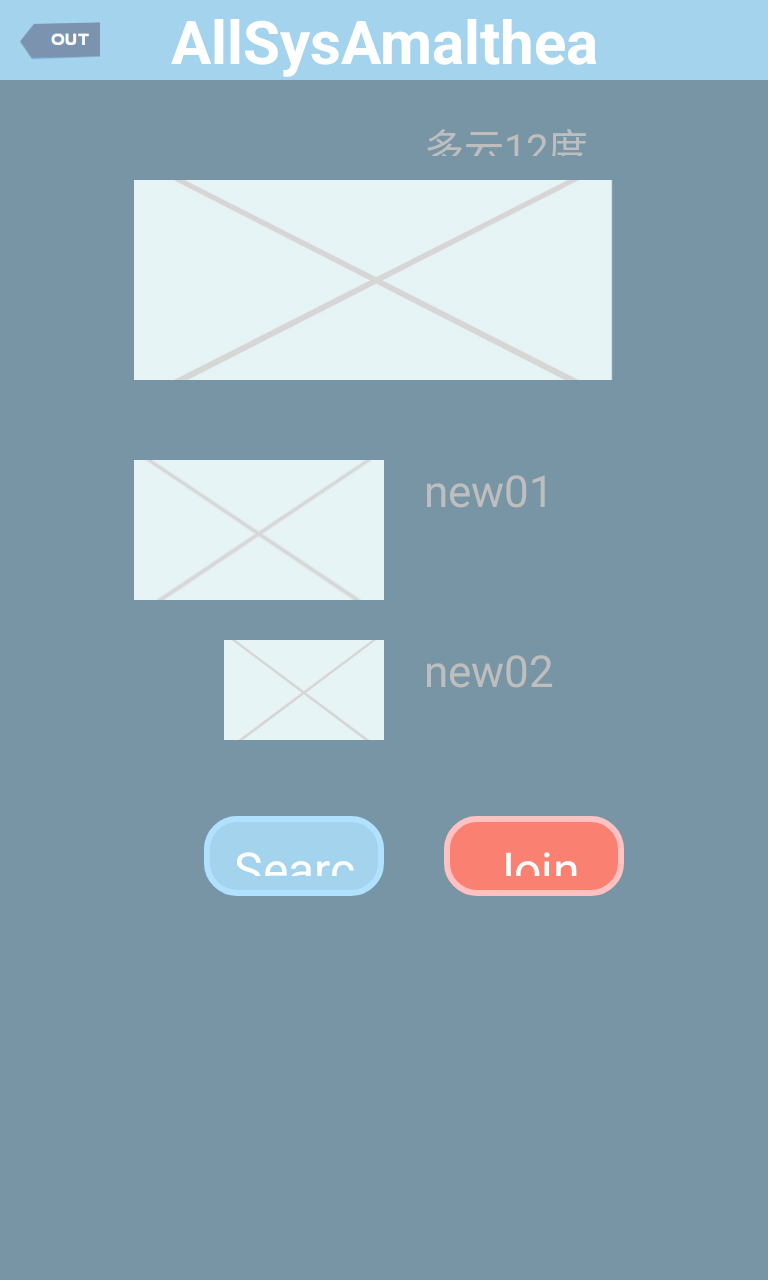
Repository: AllSysAmalthea/AllSys
Layout: APP/AppUI code/代码/Allsys/res/layout/activity_regular.xml
The author's editor kept a copy of each file at every save. The layout is drawn from the files as they stood at one save, then again after the next save.
It is drawn on a 768 x 1280 px phone screen (xhdpi) without system bars, with theme android:Theme.NoTitleBar; the app's code is not run.

Above is the layout before, as saved 2015-06-08 02:49:55.

### APP/AppUI code/代码/Allsys/res/layout/activity_regular.xml
<RelativeLayout xmlns:android="http://schemas.android.com/apk/res/android"
    xmlns:tools="http://schemas.android.com/tools"
    android:layout_width="match_parent"
    android:layout_height="wrap_content"
    android:layout_gravity="center_horizontal"
    android:background="@drawable/back"
    android:gravity="top"
    tools:context=".SearchActivity" >

    <AbsoluteLayout
        android:id="@+id/linearLayout1"
        android:layout_width="fill_parent"
        android:layout_height="wrap_content"
        android:orientation="horizontal" >

        <TextView
            android:id="@+id/header_text"
            android:layout_width="fill_parent"
            android:layout_height="80px"
            android:layout_x="0px"
            android:layout_y="0px"
            android:background="#A4D3EE"
            android:gravity="center"
            android:singleLine="true"
            android:text="AllSysAmalthea"
            android:textColor="#ffffff"
            android:textSize="30sp"
            android:textStyle="bold" />

        <ImageButton
            android:id="@+id/header_left_btn"
            android:layout_width="80px"
            android:layout_height="60px"
            android:layout_x="10dp"
            android:layout_y="4dp"
            android:background="@drawable/pic1" />

        <ImageButton
            android:id="@+id/Location"
            android:layout_width="40px"
            android:layout_height="40px"
            android:layout_x="532dp"
            android:layout_y="11dp"
            android:background="@drawable/loc" />

    </AbsoluteLayout>

    <TextView
        android:id="@+id/textView1"
        android:layout_width="200px"
        android:layout_height="140px"
        android:layout_alignTop="@+id/myImageView2"
        android:layout_marginLeft="20dp"
        android:layout_toRightOf="@+id/myImageView2"
        android:text="new01"
        android:textSize="22sp" />

    <ImageView
        android:id="@+id/myImageView3"
        android:layout_width="160px"
        android:layout_height="100px"
        android:layout_below="@+id/myImageView2"
        android:layout_marginTop="20dp"
        android:layout_toLeftOf="@+id/textView1"
        android:background="@drawable/news02" />

    <TextView
        android:id="@+id/textView2"
        android:layout_width="200px"
        android:layout_height="60px"
        android:layout_alignLeft="@+id/textView1"
        android:layout_alignTop="@+id/myImageView3"
        android:text="new02"
        android:textSize="22sp" />

    <ImageView
        android:id="@+id/myImageView2"
        android:layout_width="250px"
        android:layout_height="140px"
        android:layout_alignLeft="@+id/myImageView1"
        android:layout_below="@+id/myImageView1"
        android:layout_marginTop="40dp"
        android:background="@drawable/news02" />

    <ImageView
        android:id="@+id/myImageView1"
        android:layout_width="500px"
        android:layout_height="200px"
        android:layout_below="@+id/textView4"
        android:layout_centerHorizontal="true"
        android:layout_marginTop="12dp"
        android:background="@drawable/news01" />

    <Button
        android:id="@+id/Joinus"
        android:layout_width="180px"
        android:layout_height="80px"
        android:layout_alignBaseline="@+id/Search"
        android:layout_alignBottom="@+id/Search"
        android:layout_alignRight="@+id/textView2"
        android:background="@drawable/shape2"
        android:text="Join us"
        android:textColor="#ffffff"
        android:textSize="24sp" />

    <Button
        android:id="@+id/Search"
        android:layout_width="180px"
        android:layout_height="80px"
        android:layout_alignRight="@+id/myImageView3"
        android:layout_below="@+id/myImageView3"
        android:layout_marginTop="38dp"
        android:background="@drawable/shape3"
        android:text="Search"
        android:textColor="#ffffff"
        android:textSize="24sp" />

    <TextView
        android:id="@+id/textView4"
        android:layout_width="200px"
        android:layout_height="40px"
        android:layout_alignLeft="@+id/textView1"
        android:layout_below="@+id/linearLayout1"
        android:layout_marginTop="18dp"
        android:text="多云12度"
        android:textSize="20sp" />

</RelativeLayout>

### APP/AppUI code/代码/Allsys/res/drawable-mdpi/shape2.xml
<?xml version="1.0" encoding="utf-8"?>
<shape xmlns:android="http://schemas.android.com/apk/res/android"
    android:shape="rectangle" >

    <!-- 填充的颜色：这里设置背景透明 -->
    <solid android:color="#fa8072" />
    <!-- 边框的颜色 ：不能和窗口背景色一样-->
    <stroke
        android:width="3dp"
        android:color="#FFC1C1" />
    <!-- 设置按钮的四个角为弧形 -->
    <!-- android:radius 弧形的半径 -->
    <corners android:radius="15dip" />

    <!-- padding：Button里面的文字与Button边界的间隔 -->
    <padding
        android:bottom="10dp"
        android:left="10dp"
        android:right="10dp"
        android:top="10dp" />

</shape>

### APP/AppUI code/代码/Allsys/res/drawable-mdpi/shape3.xml
<?xml version="1.0" encoding="utf-8"?>
<shape xmlns:android="http://schemas.android.com/apk/res/android"
    android:shape="rectangle" >

    <!-- 填充的颜色：这里设置背景透明 -->
    <solid android:color="#A4D3EE" />
    <!-- 边框的颜色 ：不能和窗口背景色一样-->
    <stroke
        android:width="3dp"
        android:color="#B0E2FF" />
    <!-- 设置按钮的四个角为弧形 -->
    <!-- android:radius 弧形的半径 -->
    <corners android:radius="15dip" />

    <!-- padding：Button里面的文字与Button边界的间隔 -->
    <padding
        android:bottom="10dp"
        android:left="10dp"
        android:right="10dp"
        android:top="10dp" />

</shape>

After the next save:
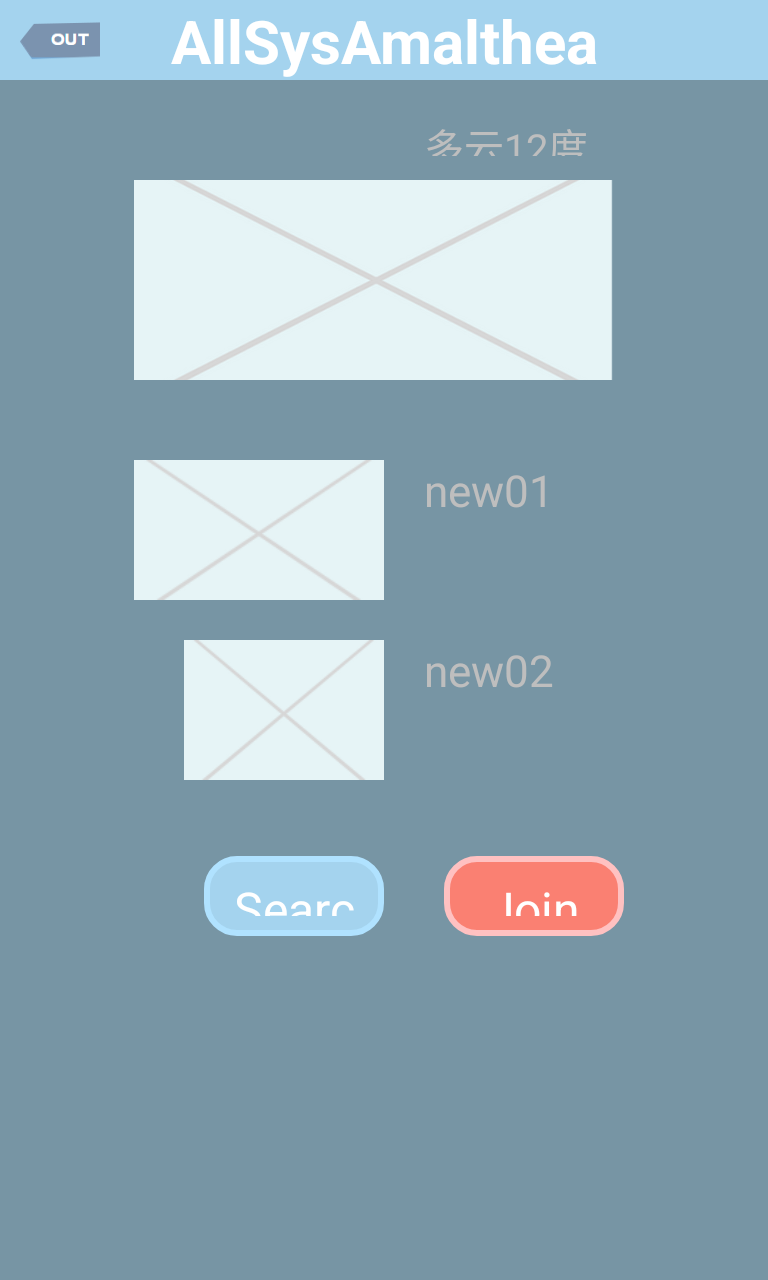
Saved 16 s later.
--- a/APP/AppUI code/代码/Allsys/res/layout/activity_regular.xml
+++ b/APP/AppUI code/代码/Allsys/res/layout/activity_regular.xml
@@ -57,8 +57,8 @@
 
     <ImageView
         android:id="@+id/myImageView3"
-        android:layout_width="160px"
-        android:layout_height="100px"
+        android:layout_width="200px"
+        android:layout_height="140px"
         android:layout_below="@+id/myImageView2"
         android:layout_marginTop="20dp"
         android:layout_toLeftOf="@+id/textView1"
